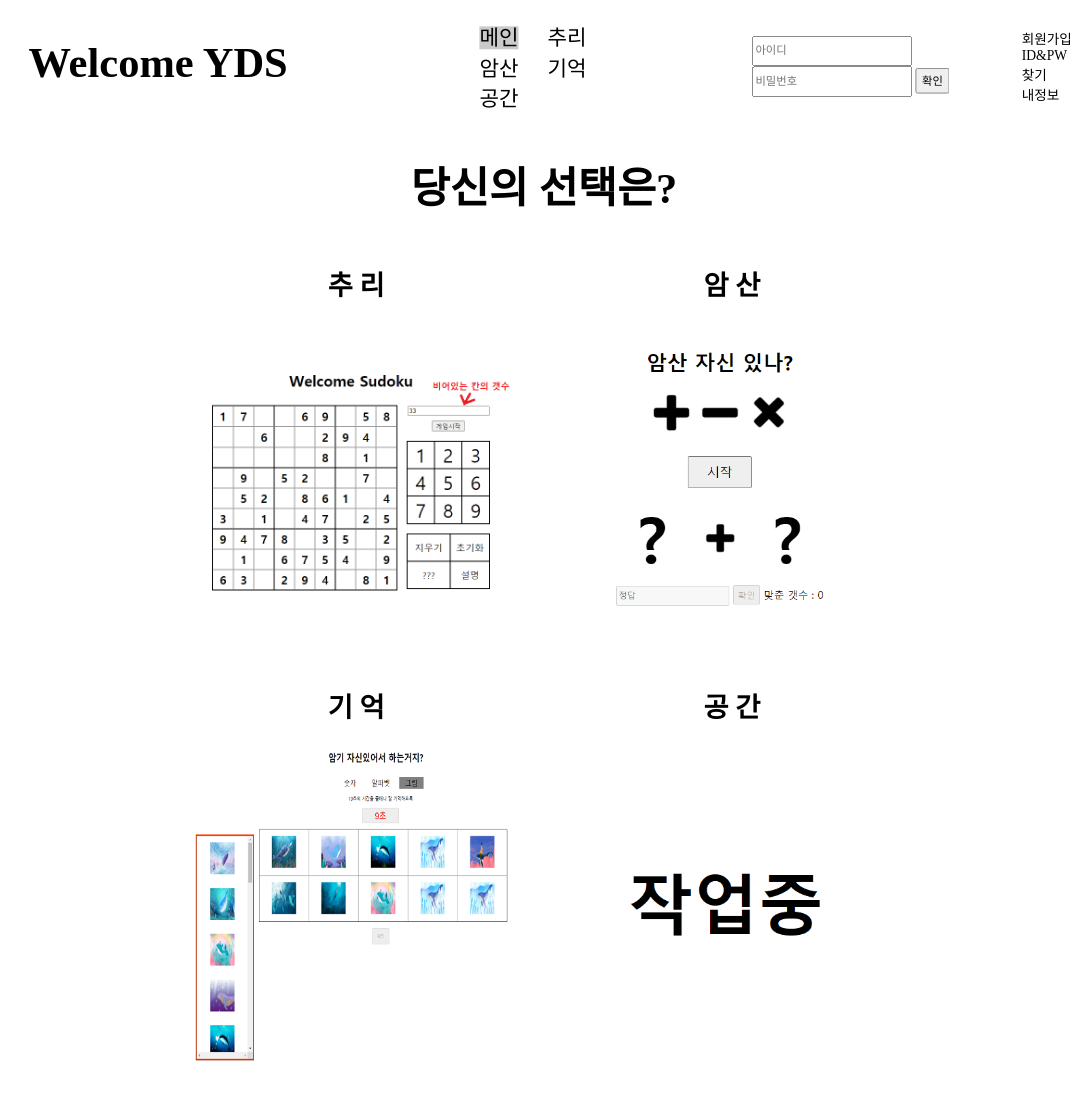
Repository: ejrtn/springbootMaven
Page: deoksu/src/main/resources/static/main.html
An editor plug-in stored every save of this project. The page is shown before and after the next save, followed by the edit.
The browser window is 1280 px wide. The pictures show the whole page, at 85% of full size.

Above is the page before, as saved 2021-04-10 16:54:05.

After the next save:
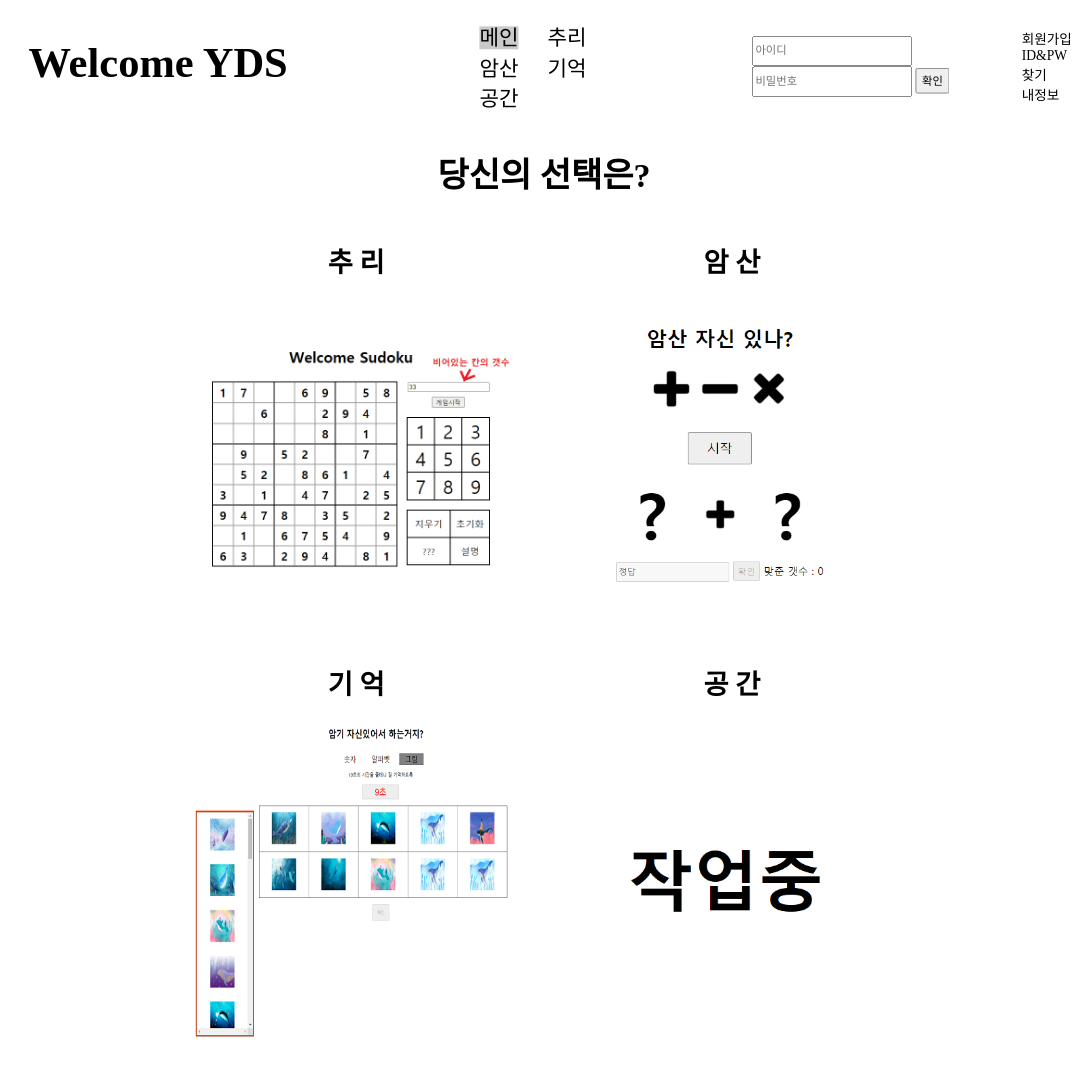
Saved 8 s later.
--- a/deoksu/src/main/resources/static/main.html
+++ b/deoksu/src/main/resources/static/main.html
@@ -89,7 +89,7 @@
 		</table>
 	</div>
 	<div align="center" style="margin-top: 20px;">
-		<h1 align="center"  style="font-size: 50px; width: 400px;">당신의 선택은?</h1>
+		<h1 align="center"  style="font-size: 40px; width: 400px;">당신의 선택은?</h1>
 		<table>
 			<tr>
 				<td align="center" style="padding-right: 20px;">
